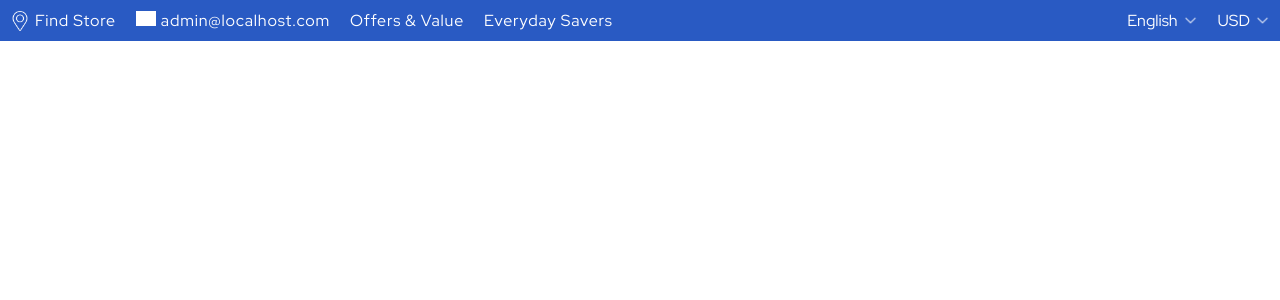
Repository: ldminh95/demo01
Page: index.html
The author's editor kept a copy of each file at every save. The page is drawn from the files as they stood at one save, then again after the next save.
The browser window is 1280 px wide. The pictures show the whole page.
After loading, the first visible `li.lv2` was clicked once.
Pictures or frames that could not be fetched are drawn as grey boxes.

Above is the page before, as saved 2023-09-18 08:26:17.

After the next save:
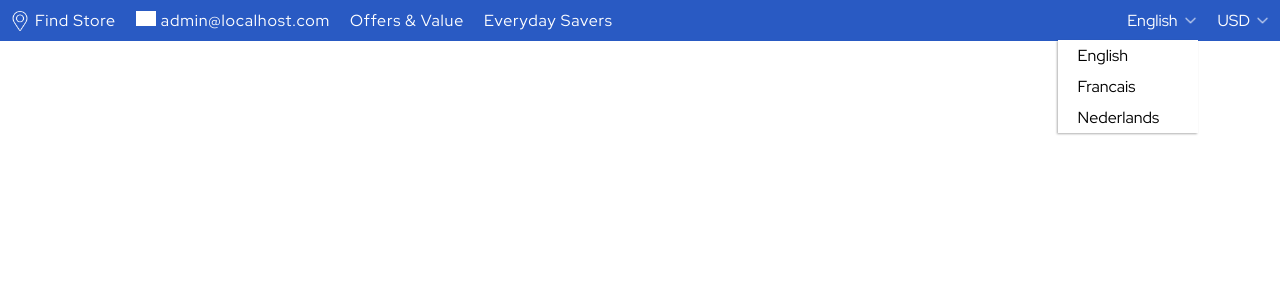
Saved 16 s later.
--- a/css/top.css
+++ b/css/top.css
@@ -58,7 +58,7 @@
     box-shadow: -1px 1px 2px rgb(0 0 0 / 31%);
     display: none;
 }
-.hd_right ul ul.active {
+.hd_right ul>li.active ul {
     display: block;
 }
 .hd_right ul ul a {

After the save that followed:
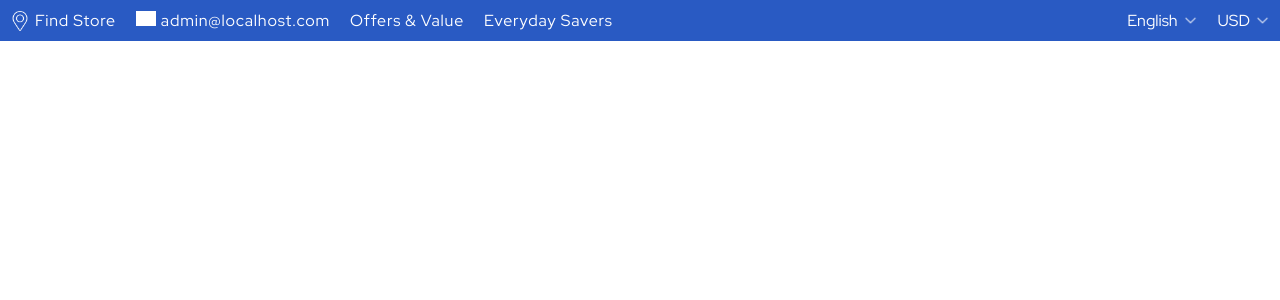
Console error: TypeError: $$(...).map is not a function
Saved 70 s later.
--- a/js/main.js
+++ b/js/main.js
@@ -3,7 +3,9 @@ let $$ = document.querySelectorAll.bind(document)
 
 $$('.hd_right .lv2').forEach((item,index) => {
     item.onclick = function() {
-        $$('.hd_right .lv2')
+        $$('.hd_right .lv2').map(function(item) {
+            item.classList.remove('active')
+        })
         this.classList.add('active')
     }
 });
